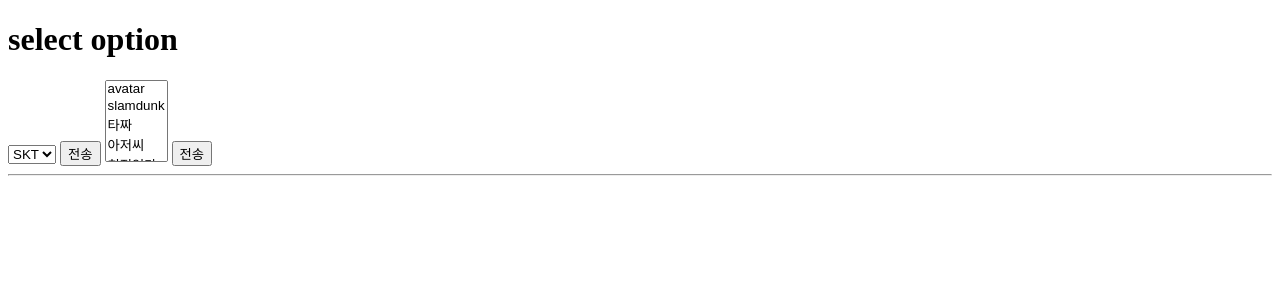
Repository: JJinBBangg/JSP
Page: http://localhost/jsp/ch03/lecture/06form/14select.jsp
These files come from the project's save history. The page is drawn as it stood at one moment and after the next save; the edit follows.
The browser window is 1280 px wide. The pictures show the whole page.
The page is served by Tomcat 9. Other server files are loaded and not shown.

Above is the page before, as saved 2023-03-29 00:34:38.

### jsp/src/main/webapp/ch03/lecture/06form/14select.jsp
<%@ page language="java" contentType="text/html; charset=UTF-8"
	pageEncoding="UTF-8"
%>
<!DOCTYPE html>
<html>
<head>
<meta charset="UTF-8">
<title>Insert title here</title>
</head>
<body>
	<h1>select option</h1>
		<form action="">
		<select name="phone" id="" >
			<option value="SKT">SKT</option>
			<option value="KT">KT</option>
			<option value="LG">LG</option>
		</select> <input type="submit" value="전송" />
		<select name="movie" id="" multiple="multiple">
			<option value="avatar">avatar</option>
			<option value="slamdunk">slamdunk</option>
			<option value="타짜">타짜</option>
			<option value="아저씨">아저씨</option>
			<option value="친정엄마">친정엄마</option>
		</select> <input type="submit" value="전송" />
	</form>
	<hr />
	<%
	String phone = request.getParameter("phone");
	if (phone != null) {
		out.println("<h1>");
		out.println("통신사 : " + phone);
		out.println("</h1>");
	}

	String[] movies = request.getParameterValues("movie");
	if (movies != null) {
		out.println("<h1>선택된 영화들</h1>");
		out.println("<ul>");
		for (String m : movies) {
			out.println("<li>");
			out.println(m);
			out.println("</li>");
		}
		out.println("</ul>");
	}
	%>
</body>
</html>

After the next save:
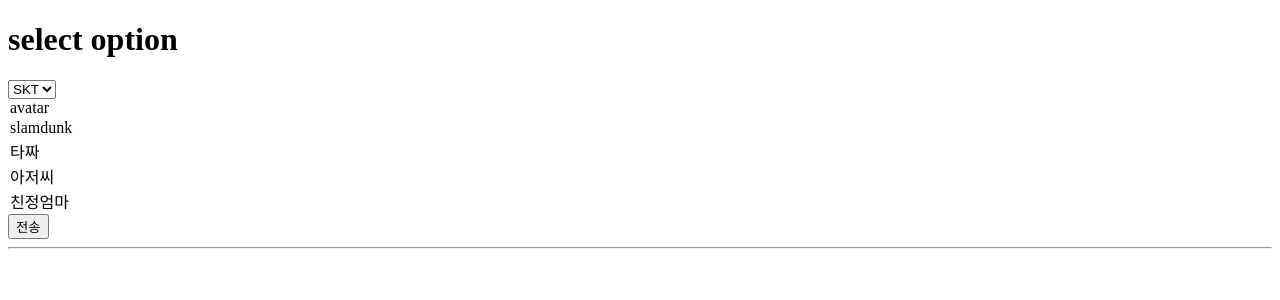
Saved 23 s later.
--- a/jsp/src/main/webapp/ch03/lecture/06form/14select.jsp
+++ b/jsp/src/main/webapp/ch03/lecture/06form/14select.jsp
@@ -14,7 +14,6 @@
 			<option value="SKT">SKT</option>
 			<option value="KT">KT</option>
 			<option value="LG">LG</option>
-		</select> <input type="submit" value="전송" />
 		<select name="movie" id="" multiple="multiple">
 			<option value="avatar">avatar</option>
 			<option value="slamdunk">slamdunk</option>
